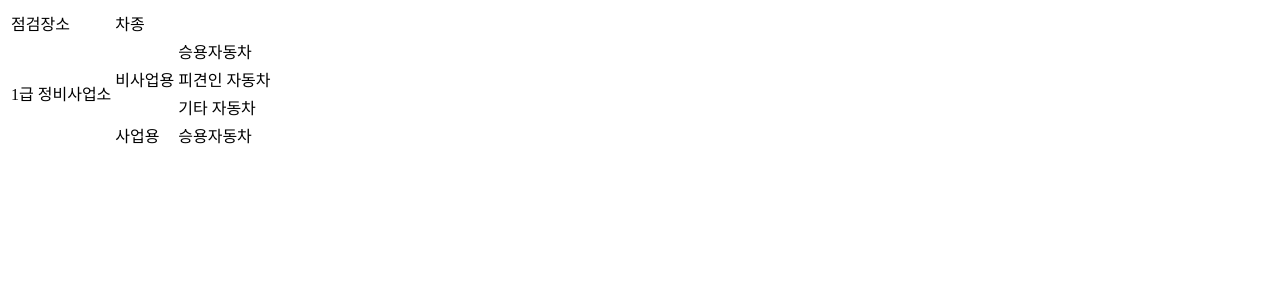
Repository: sungeunbyeol/Nowon-ezen-jsp
Page: test/WebContent/test09.html
These files come from the project's save history. The page is drawn as it stood at one moment and after the next save; the edit follows.
The browser window is 1280 px wide. The pictures show the whole page.

Above is the page before, as saved 2021-11-02 03:30:55.

### test/WebContent/test09.html
<!DOCTYPE html>
<html>
<head>
<meta charset="EUC-KR">
<title>자동차 정기점검</title>
</head>
<body>
	<table>
		<tr>
			<td>점검장소</td>
			<td>차종</td>
		</tr>
		<tr>
			<td rowspan="7">1급 정비사업소</td>
			<td rowspan="3">비사업용</td>
			<td>승용자동차</td>
		</tr>
		<tr>
			<td>피견인 자동차</td>
		</tr>
		<tr>
			<td>기타 자동차</td>
		</tr>
		<tr>
			<td rowspan="4">사업용</td>
			<td>승용자동차</td>
		</tr>

	</table>
</body>
</html>

After the next save:
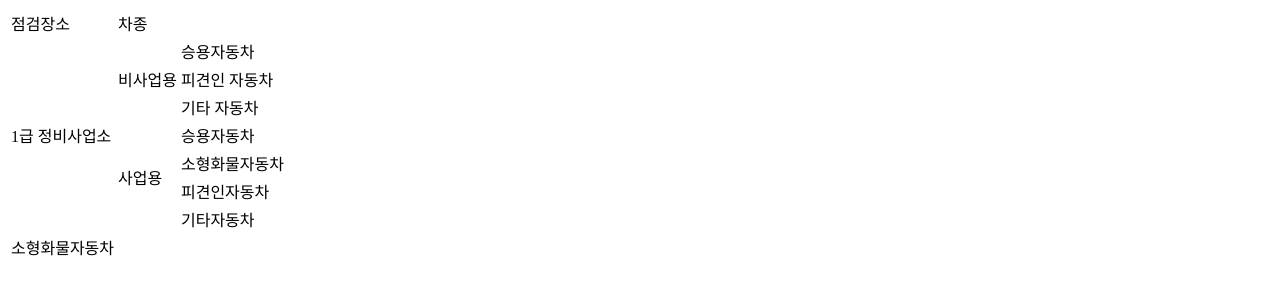
Saved 48 s later.
--- a/test/WebContent/test09.html
+++ b/test/WebContent/test09.html
@@ -25,6 +25,19 @@
 			<td rowspan="4">사업용</td>
 			<td>승용자동차</td>
 		</tr>
+		<tr>
+			<td>소형화물자동차</td>
+		</tr>
+		<tr>
+			<td>피견인자동차</td>
+		</tr>
+		<tr>
+			<td>기타자동차</td>
+		</tr>
+		<tr>
+			<td>소형화물자동차</td>
+		</tr>
+
 
 	</table>
 </body>
